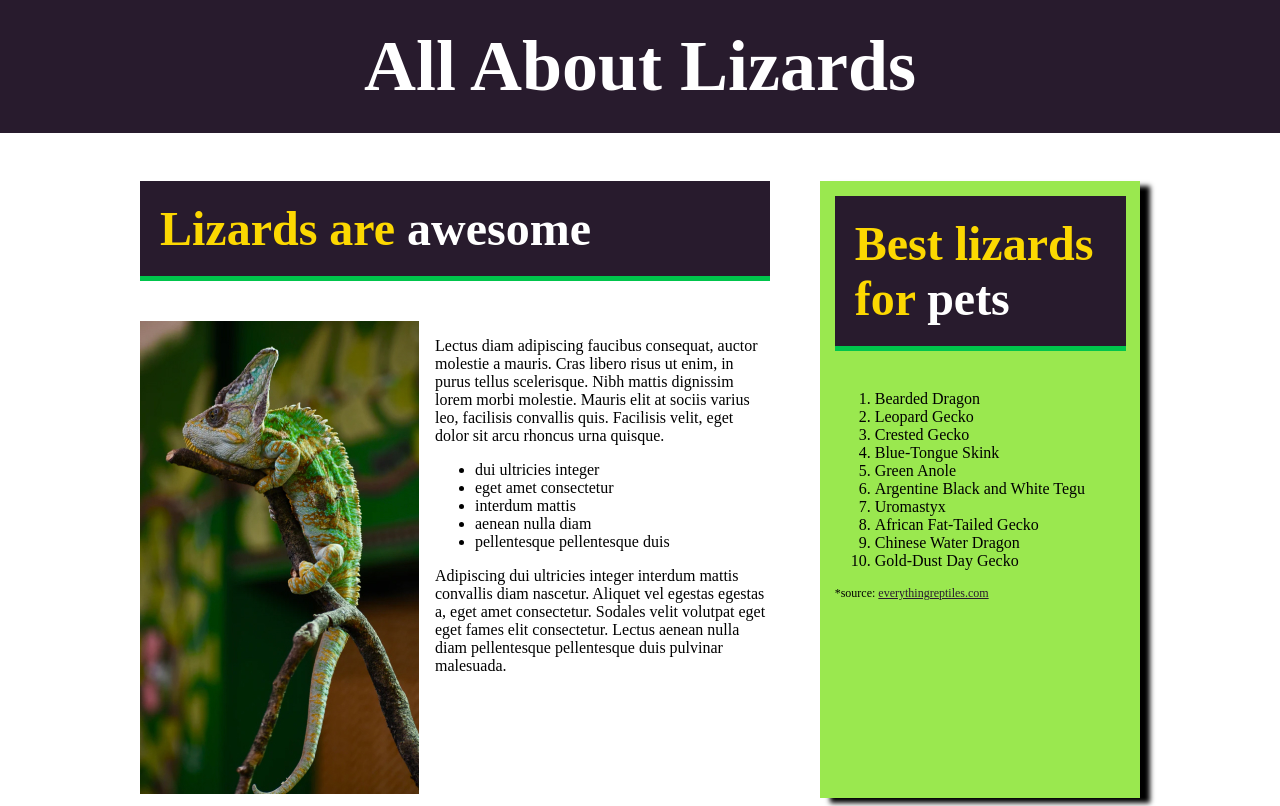
Repository: Doumham-Armah/lizards-landing--page
Page: index.html
These files come from the project's save history. The page is drawn as it stood at one moment and after the next save; the edit follows.
The browser window is 1280 px wide. The pictures show the whole page.

Above is the page before, as saved 2021-08-10 16:20:27.

After the next save:
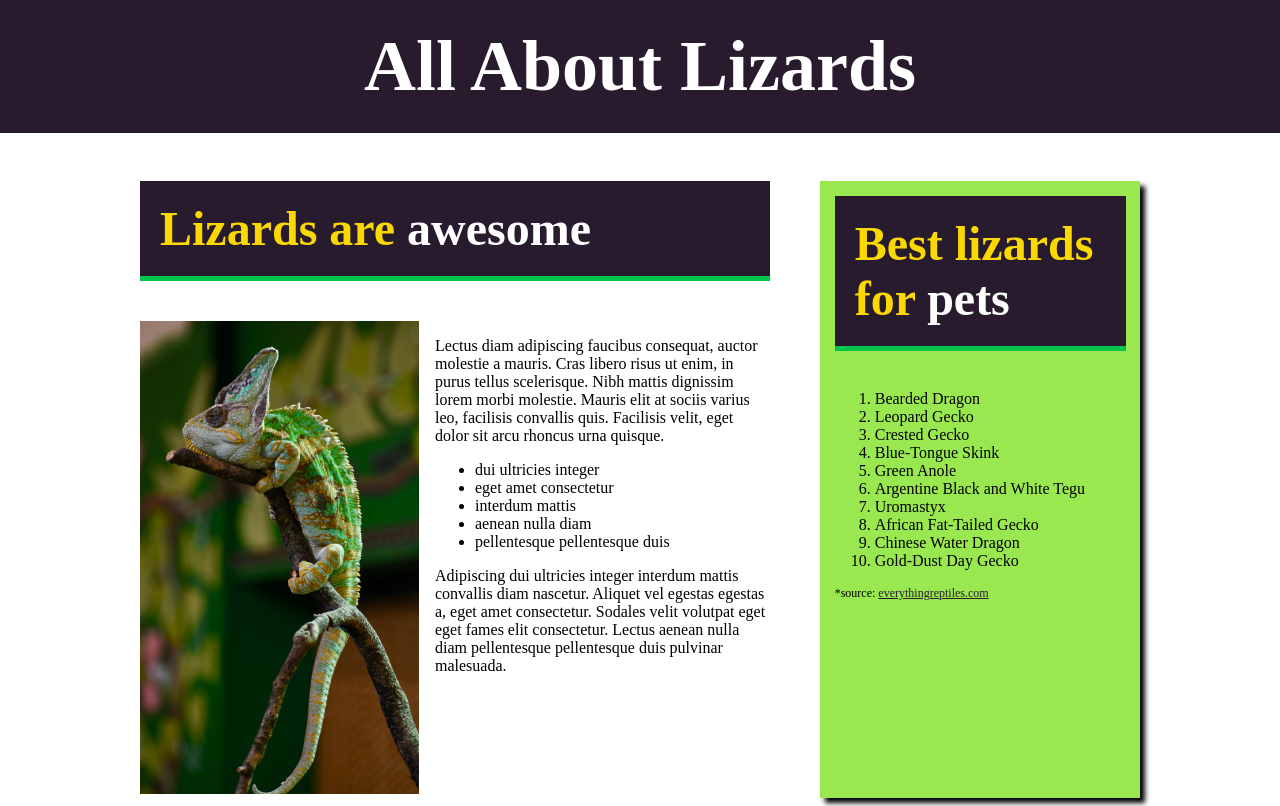
Saved 13 s later.
--- a/css/style.css
+++ b/css/style.css
@@ -61,7 +61,7 @@ a:hover {
 .sidebar {
   background-color: #9ae84f;
   padding: 0.9rem;
-  box-shadow: 10px 5px 5px black;
+  box-shadow: 5px 5px 5px black;
 }
 .source {
   font-size: 12px;
